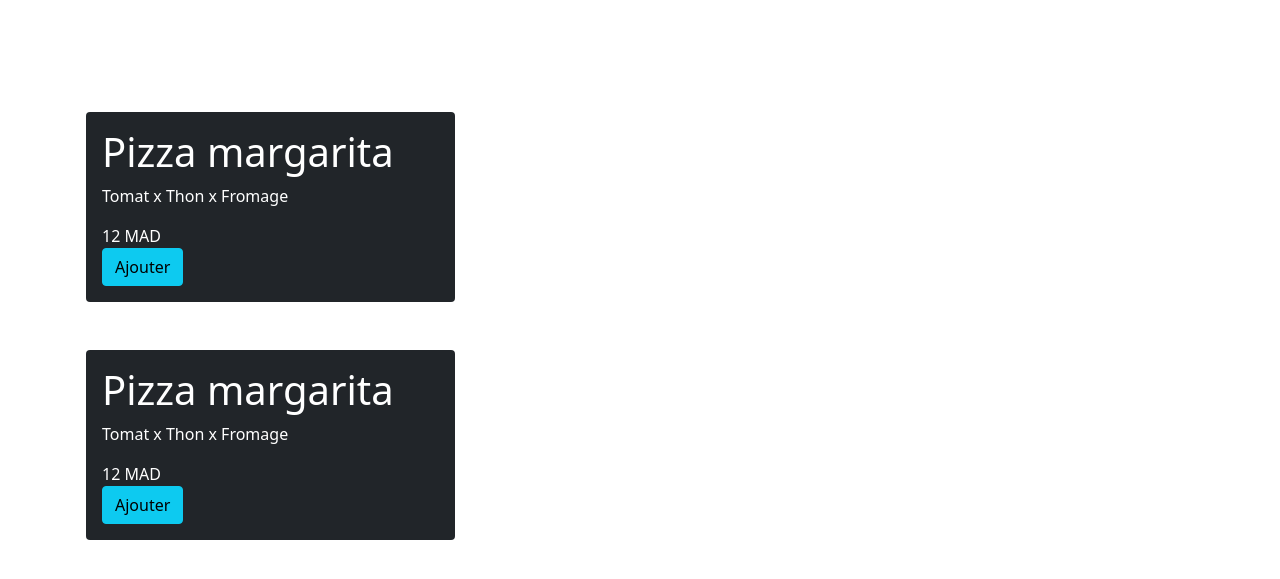
Repository: FS-23/my-restaurant
Page: /
An editor plug-in stored every save of this project. The page is shown before and after the next save, followed by the edit.
The browser window is 1280 px wide. The pictures show the whole page.
The project was rebuilt for these pictures with package versions that can differ from the ones it lists, and the page was loaded fresh each time.

Above is the page before, as saved 2022-04-29 13:46:03.

After the next save:
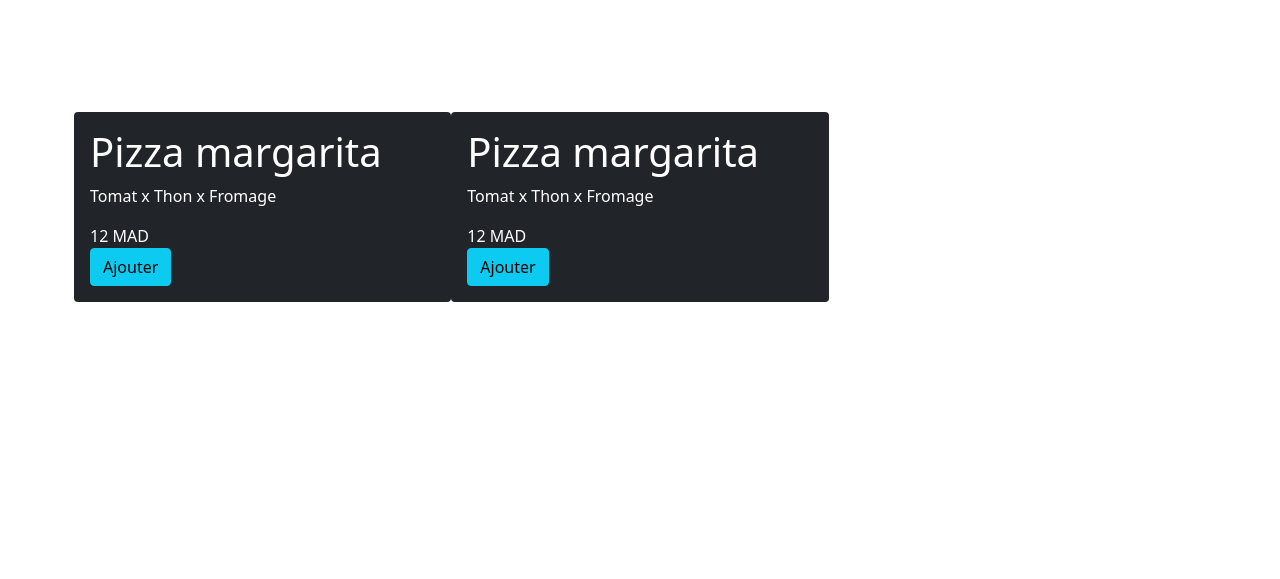
Saved 16 s later.
--- a/src/components/Menu.js
+++ b/src/components/Menu.js
@@ -1,7 +1,7 @@
 import Plat from "./Plat"
 function Menu(){
     return (
-        <div>
+        <div className="row">
             < Plat name="Pizza margarita" price="12" ingredient="Tomat x Thon x Fromage" />
             < Plat name="Pizza margarita" price="12" ingredient="Tomat x Thon x Fromage" />
         </div>
